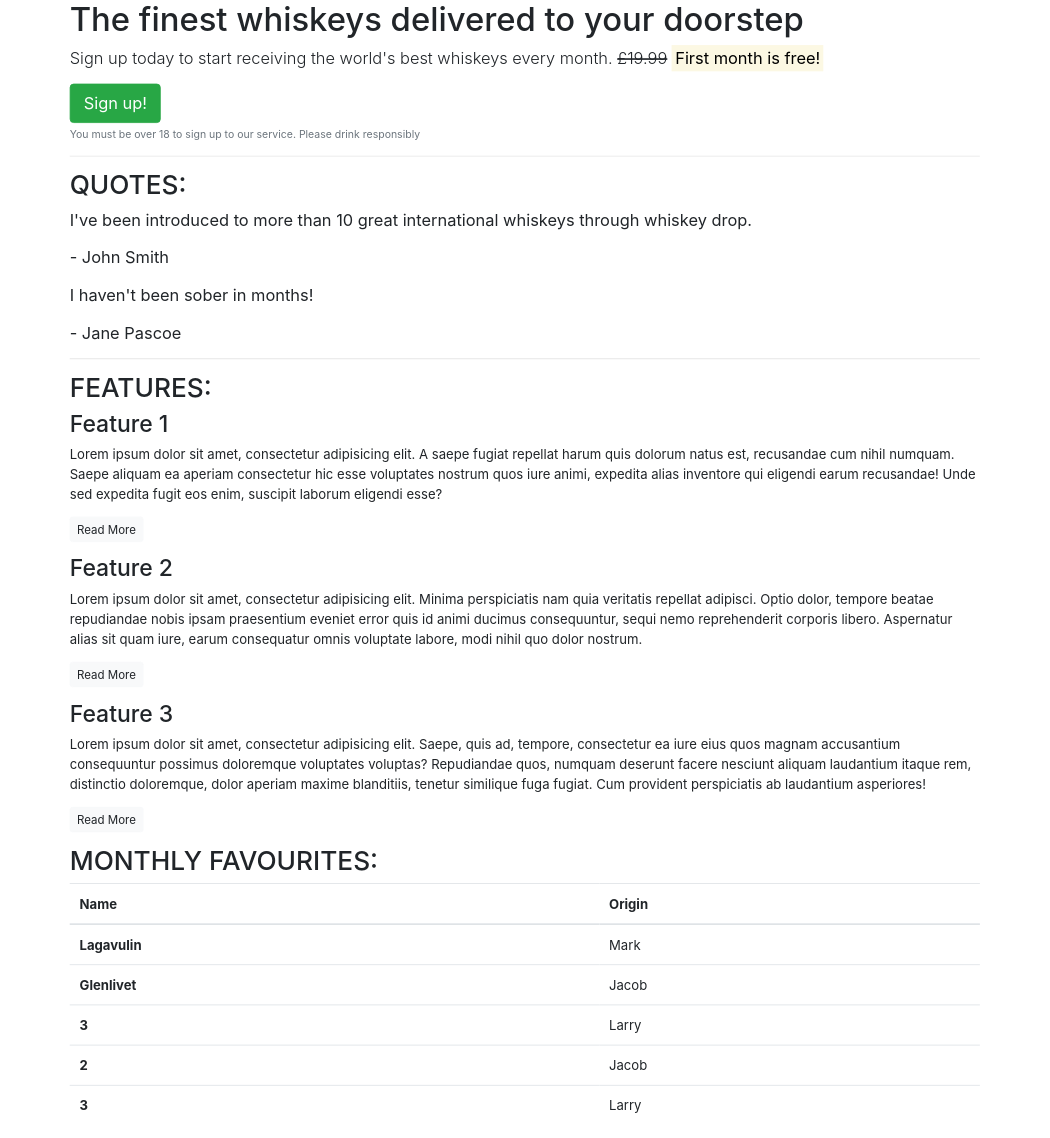
Repository: LouWills/WhiskeyDrop-bootstrap
Page: index.html
The author's editor kept a record of every edit. The page is drawn from the files as they stood at one moment, then again after the next edit.
The browser window is 1280 px wide. The pictures show the whole page, at 82% of full size.

Above is the page before.
Console error: TypeError: Cannot read properties of undefined (reading 'fn')

### index.html
<!DOCTYPE html>
<html lang="en">
<head>
    <meta charset="UTF-8">
    <meta name="viewport" content="width=device-width, initial-scale=1.0">
    <meta http-equiv="X-UA-Compatible" content="ie=edge">
    <link rel="stylesheet" href="https://stackpath.bootstrapcdn.com/bootstrap/4.3.1/css/bootstrap.min.css" integrity="sha384-ggOyR0iXCbMQv3Xipma34MD+dH/1fQ784/j6cY/iJTQUOhcWr7x9JvoRxT2MZw1T" crossorigin="anonymous">
<script src="https://stackpath.bootstrapcdn.com/bootstrap/4.3.1/js/bootstrap.min.js" integrity="sha384-JjSmVgyd0p3pXB1rRibZUAYoIIy6OrQ6VrjIEaFf/nJGzIxFDsf4x0xIM+B07jRM" crossorigin="anonymous"></script>
    <!--main.css are my own styles on the website-->
    <link rel="stylesheet" href="main.css" type="text/css" />
    <title>Whiskey Drop_Taste a new whiskey every month</title>
</head>
<body>
   <article class="container">
       <!--callout-->
       <section class="callout">
           <h1>The finest whiskeys delivered to your doorstep</h1>
           <p class="lead">Sign up today to start receiving the world's best whiskeys every month. <s>£19.99</s> <strong><mark>First month is free!</mark></strong></p>
            <button class="btn btn-success btn-lg btn-tablet">Sign up!</button>
           <p class="text-muted"><small>You must be over 18 to sign up to our service. Please drink responsibly</small></p>
       </section>
       <!--/.callout-->
       <hr>

       <!-- Quotes -->
       <section class="quotes">
           <h2 class="text-uppercase">Quotes:</h2>
           <blockquote class="blockquote">
               <p>I've been introduced to more than 10 great international whiskeys through whiskey drop.</p>
               <p>- John Smith</p>
           </blockquote>
           <blockquote class="blockquote">
               <p>I haven't been sober in months!</p>
               <p>- Jane Pascoe</p>
           </blockquote>
        </section>
        <!--/.quotes-->

        <hr>

        <!--Features-->
        <section class="features">
            <h2 class="text-uppercase">Features:</h2>
            <div class="feature">
                <h3>Feature 1</h3>
                <p>Lorem ipsum dolor sit amet, consectetur adipisicing elit. A saepe fugiat repellat harum quis dolorum natus est, recusandae cum nihil numquam. Saepe aliquam ea aperiam consectetur hic esse voluptates nostrum quos iure animi, expedita alias inventore qui eligendi earum recusandae! Unde sed expedita fugit eos enim, suscipit laborum eligendi esse?</p>
                <p><a class="btn btn-sm btn-light btn-tablet" href="">Read More</a></p>
            </div>
            <div class="feature">
                <h3>Feature 2</h3>
                <p>Lorem ipsum dolor sit amet, consectetur adipisicing elit. Minima perspiciatis nam quia veritatis repellat adipisci. Optio dolor, tempore beatae repudiandae nobis ipsam praesentium eveniet error quis id animi ducimus consequuntur, sequi nemo reprehenderit corporis libero. Aspernatur alias sit quam iure, earum consequatur omnis voluptate labore, modi nihil quo dolor nostrum.</p>
                <p><a class="btn btn-sm btn-light btn-tablet" href="">Read More</a></p>
            </div>
            <div class="feature">
                <h3>Feature 3</h3>
                <p>Lorem ipsum dolor sit amet, consectetur adipisicing elit. Saepe, quis ad, tempore, consectetur ea iure eius quos magnam accusantium consequuntur possimus doloremque voluptates voluptas? Repudiandae quos, numquam deserunt facere nesciunt aliquam laudantium itaque rem, distinctio doloremque, dolor aperiam maxime blanditiis, tenetur similique fuga fugiat. Cum provident perspiciatis ab laudantium asperiores!</p>
                <p><a class="btn btn-sm btn-light btn-tablet" href="">Read More</a></p>
            </div>
        </section>
        <!-- /.Features -->

        <!--Monthly Favourites-->
        <section class="monthlyFavourites">
            <h2 class="text-uppercase">Monthly favourites:</h2>
            <table class="table">
                <thead>
                    <tr>
                      <th scope="col" class="tab-header">Name</th>
                      <th scope="col" class="tab-header">Origin</th>
                    </tr>
                </thead>
                <tbody>
                    <tr>
                      <th scope="row">Lagavulin</th>
                      <td>Mark</td>
                    </tr>
                    <tr>
                      <th scope="row">Glenlivet</th>
                      <td>Jacob</td>
                    </tr>
                    <tr>
                      <th scope="row">3</th>
                      <td>Larry</td>
                    </tr>
                     <tr>
                      <th scope="row">2</th>
                      <td>Jacob</td>
                    </tr>
                    <tr>
                      <th scope="row">3</th>
                      <td>Larry</td>
                    </tr>
                </tbody>
            </table>
        </section>
   </article>
</body>
</html>

### main.css
@media (max-width: 767px) {
    .btn-tablet {
    margin:auto;
    display:block;
}
}

After the next edit:
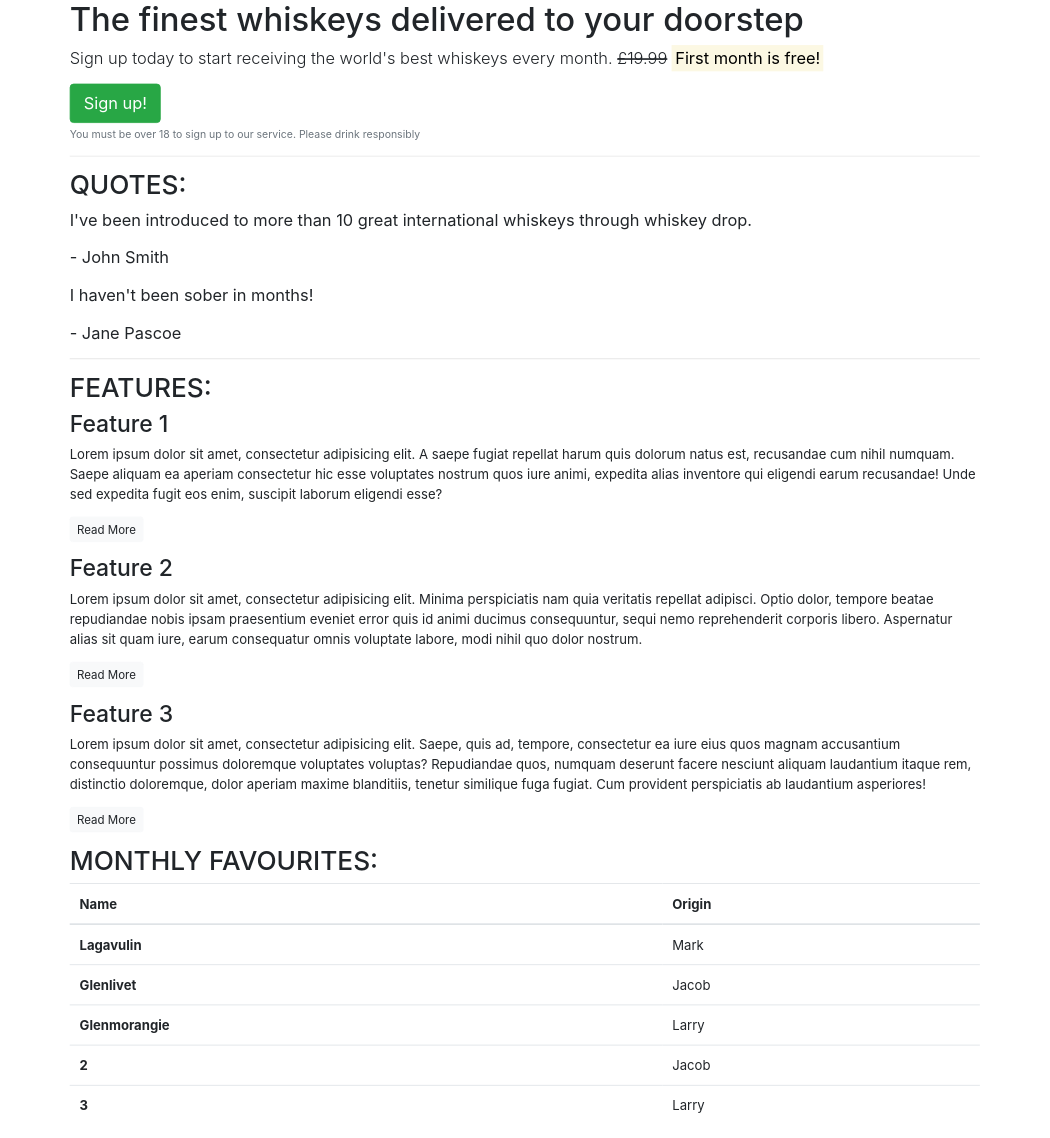
The edit:
--- a/index.html
+++ b/index.html
@@ -79,7 +79,7 @@
                       <td>Jacob</td>
                     </tr>
                     <tr>
-                      <th scope="row">3</th>
+                      <th scope="row">Glenmorangie</th>
                       <td>Larry</td>
                     </tr>
                      <tr>
